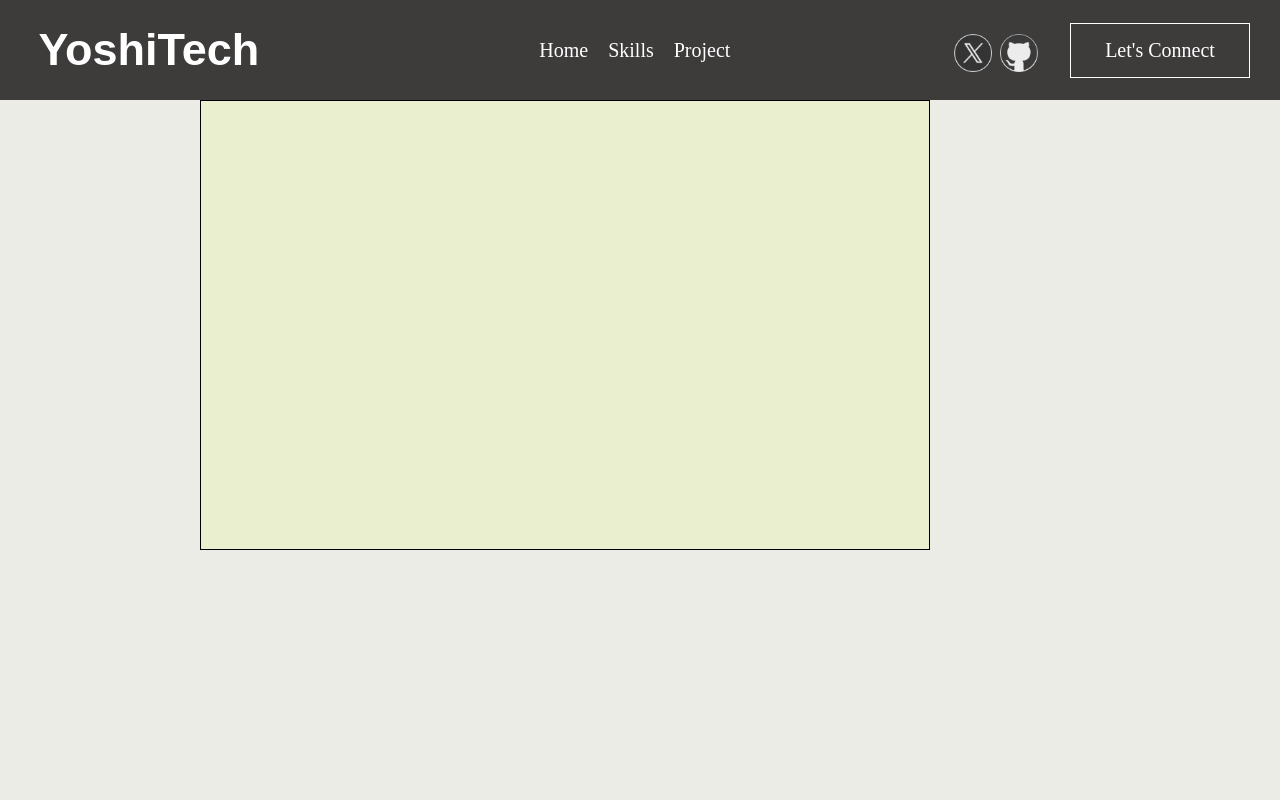
Repository: Yoshiki0418/My_Portfolio
Page: index.html
These files come from the project's save history. The page is drawn as it stood at one moment and after the next save; the edit follows.
The browser window is 1280 px wide. The pictures show the whole page.

Above is the page before, as saved 2024-01-05 20:56:47.

### index.html
<!DOCTYPE html>
<html lang="ja">
<head>
    <meta charset="UTF-8">
    <meta name="viewport" content="width=device-width, initial-scale=1.0">
    <title>Document</title>
    <link rel="stylesheet" type="text/css" href="style.css">
</head>
<body>
    <header>
        <h1 class="Logo">YoshiTech</h1>
        <div class="page_changer">
            <a class="changer_font">Home</a>
            <a class="changer_font">Skills</a>
            <a class="changer_font">Project</a>
        </div>
        <div class="sns_container">
            <a><img src="static/image/X.png" class="sns_pic"></a>
            <a><img src="static/image/GitHub.png" class="sns_pic"></a>
        </div>
        <div class="connect_container">
            <a class="connect_font">Let's Connect</a>
        </div>
    </header>
    <main>
        <section class="hero_section">
            <div class="monitor_container">
                <div class="circle_container">
                    <div class="circle"></div>
                    <div class="circle"></div>
                    <div class="circle"></div>
                </div>
            </div>
        </section>
    </main>

</body>
</html>

### style.css
*{
    margin: 0;
    padding: 0;
    box-sizing: border-box; /* サイズ計算をより予測しやすくするためのプロパティ */
}

header {
	display: flex;					/*flexボックスを使う指定*/
	align-items: center;			/*垂直揃えの指定。天地中央に配置されるように。*/
    width: 100%;
    height: 100px;
	background-color: #3E3B3B;
    position: relative;
}

.Logo{
    margin-left: 3%;
    color: white;
    font-family: 'Comic Sans MS', 'Arial Rounded MT Bold', sans-serif;
    font-size: 45px;
}

.page_changer{
    display: flex;
	align-items: center;
    padding: 20px;
    margin-left: 250px;
    margin-right: 250px;
}

.changer_font{
    color: white;
    margin: 10px;
    font-size: 20px;
}

.connect_font{
    color: white;
    font-size: 20px;
}

.connect_container{
    position: absolute;
    right: 30px;
    width: 180px;
    height: 55px;
    border: 1px solid white;
    display: flex;
    align-items: center;
    justify-content: center;
}

.sns_pic{
    width: 38px;
    height: auto;
    margin: 2px;
}

.sns_container{
    margin-top: 10px;
    position: absolute;
    right: 240px;
}

.hero_section{
    background-color: #ECECE7;
    width: 100%;
    height: 700px;
    position: relative;
}

.monitor_container{
    background-color: #E9EFCF;
    width: 730px;
    height: 450px;
    margin-left: 200px;
    border: 1px solid rgb(0, 0, 0);
}

After the next save:
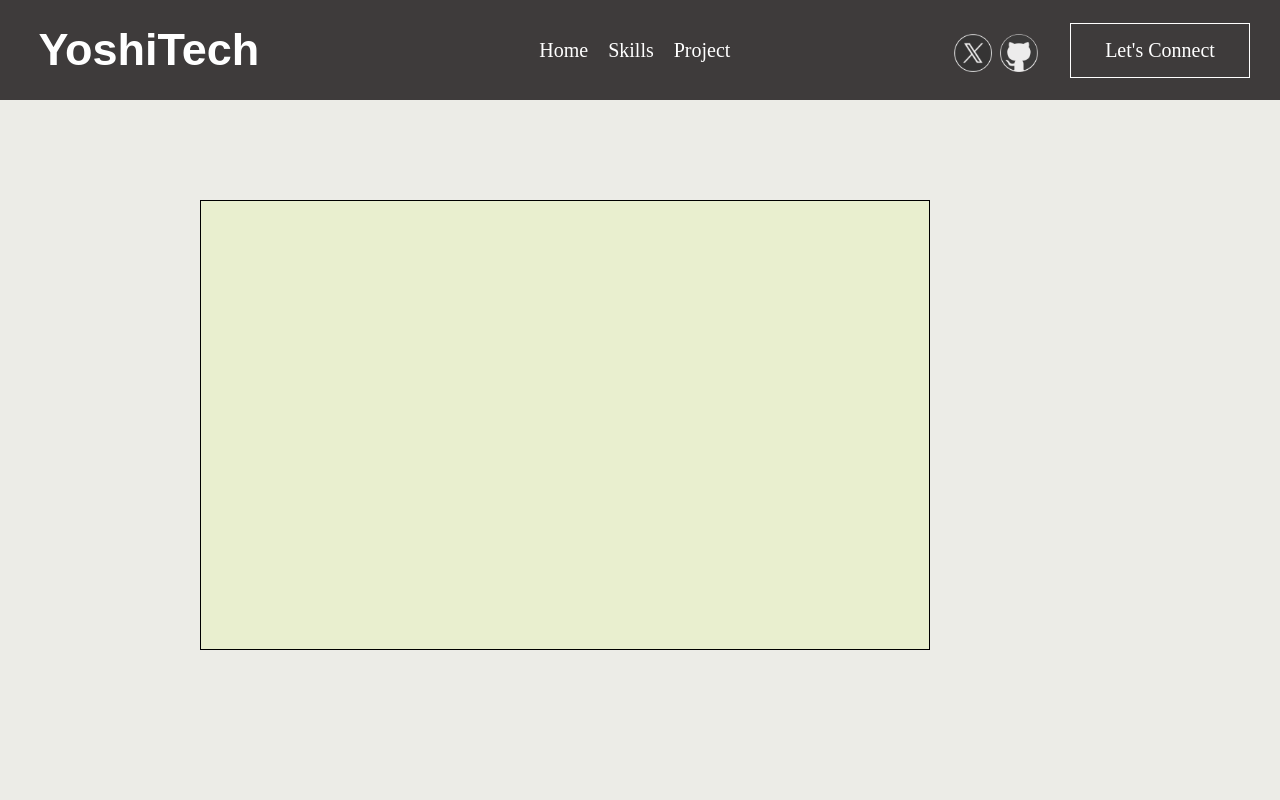
Saved 31 s later.
--- a/style.css
+++ b/style.css
@@ -75,4 +75,6 @@
     height: 450px;
     margin-left: 200px;
     border: 1px solid rgb(0, 0, 0);
+    position: absolute;
+    top: 100px;
 }
